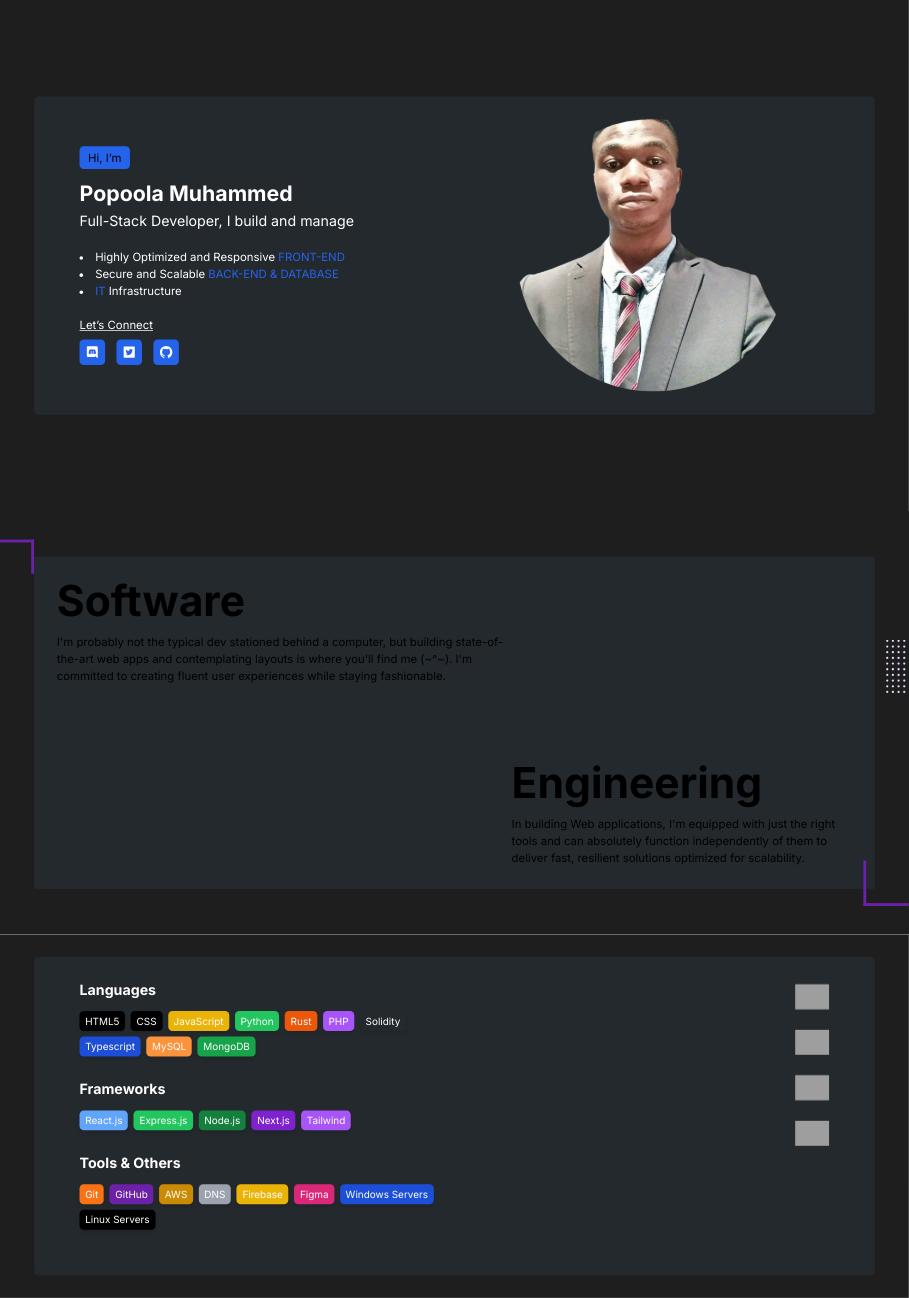
Repository: muhammedctgr/hammedctgr
Page: /
These files come from the project's save history. The page is drawn as it stood at one moment and after a run of saves; the edit follows.
The browser window is 1280 px wide. The pictures show the whole page, at 71% of full size.
Pictures or frames that could not be fetched are drawn as grey boxes. The project was rebuilt for these pictures with package versions that can differ from the ones it lists, and the page was loaded fresh each time. The framework's server and built-in components were replaced by stand-ins that run in the browser. Also part of the build but not shown: next.config.mjs.

Above is the page before, as saved 2024-08-04 22:55:16.

### app/layout.tsx
import type { Metadata } from "next";
import { Inter } from "next/font/google";
import "./globals.css";

const inter = Inter({ subsets: ["latin"] });

export const metadata: Metadata = {
  title: "Popoola Muhammed",
  description: "Generated by create next app",
};

export default function RootLayout({
  children,
}: Readonly<{
  children: React.ReactNode;
}>) {
  return (
    <html lang="en">
      <body className={inter.className}>{children}</body>
    </html>
  );
}

### app/page.tsx
import Head from 'next/head';
import Hero from '../components/Hero';
import SkillsSection from '@/components/SkillsSection';
import SummarySection from '@/components/SummarySection';


const Home = () => (
  <div>
    <Head>
      <title>Popoola Muhammed</title>
      <meta name="description" content="Welcome to my developer portfolio" />
    </Head>

    <Hero />
    <SummarySection />
    <SkillsSection />

  </div>
);

export default Home;

### app/globals.css
@tailwind base;
@tailwind components;
@tailwind utilities;

:root {
  --foreground-rgb: 0, 0, 0;
  --background-start-rgb: 214, 219, 220;
  --background-end-rgb: 255, 255, 255;
}

@media (prefers-color-scheme: dark) {
  :root {
    --foreground-rgb: 255, 255, 255;
    --background-start-rgb: 0, 0, 0;
    --background-end-rgb: 0, 0, 0;
  }
}

body {
  color: rgb(var(--foreground-rgb));
  background: linear-gradient(
      to bottom,
      transparent,
      rgb(var(--background-end-rgb))
    )
    rgb(var(--background-start-rgb));
}

@layer utilities {
  .text-balance {
    text-wrap: balance;
  }
}


@keyframes upDown {
  0%, 100% {
    transform: translateY(0);
  }
  50% {
    transform: translateY(-10px); /* Adjust the value as needed */
  }
}

.animate-upDown {
  animation: upDown 2s infinite ease-in-out; /* Adjust duration as needed */
}

### components/Hero.tsx
import Image from 'next/image';
import profilePic from '../public/profile.png';
import { AiFillDiscord, AiFillGithub, AiFillTwitterSquare, AiFillX } from 'react-icons/ai';

const Hero = () => {
  return (
    <section className="bg-gptGray px-4 py-8 md:px-8 lg:px-12 text-white min-h-screen flex items-center">
  <div className="container bg-githubGray rounded-md mx-auto flex flex-col md:flex-row items-center md:px-8">
    <div className="flex-1 text-left p-4 md:p-8">
      <div className="inline-block bg-blue-600 text-black py-1 px-3 mb-4 rounded-md">
        Hi, I’m
      </div>
      <div className="mb-6">
        <h1 className="text-xl md:text-3xl font-bold">Popoola Muhammed</h1>
        <p className="mt-2 text-lg md:text-xl">Full-Stack Developer, I build and manage</p>
      </div>
      <ul className="mt-4 list-disc list-inside">
        <li>Highly Optimized and Responsive <span className="text-blue-600">FRONT-END</span></li>
        <li>Secure and Scalable <span className="text-blue-600">BACK-END & DATABASE</span></li>
        <li><span className="text-blue-600">IT</span> Infrastructure</li>
      </ul>
      <div className="mt-6">
        <a href="#contact" className="underline">Let’s Connect</a>
        <div className="mt-2 flex justify-start space-x-4">
          <a href="#" className="bg-blue-600 p-2 rounded-md">
            <AiFillDiscord size={20} />
          </a>
          <a href="#" className="bg-blue-600 p-2 rounded-md">
            <AiFillTwitterSquare size={20} />
          </a>
          <a href="#" className="bg-blue-600 p-2 rounded-md">
            <AiFillGithub size={20} />
          </a>
        </div>
      </div>
    </div>
    <div className="flex-1 p-4 md:p-8">
      <div className="relative w-40 h-40 md:w-72 md:h-72 lg:w-96 lg:h-96 mx-auto">
        <Image src={profilePic} alt="Popoola Muhammed" layout="fill" className="rounded-full object-cover animate-upDown" />
      </div>
    </div>
  </div>
</section>
  );
};

export default Hero;

### components/SkillsSection.tsx
import Image from 'next/image';
import { FC } from 'react';

interface SkillCategory {
  title: string;
  skills: { name: string; color: string; }[];
}

const skills: SkillCategory[] = [
  {
    title: "Languages",
    skills: [
      { name: "HTML5", color: "bg-black" },
      { name: "CSS", color: "bg-black"},
      { name: "JavaScript", color: "bg-yellow-500" },
      { name: "Python", color: "bg-green-500" },
      { name: "Rust", color: "bg-orange-600" },
      { name: "PHP", color: "bg-purple-500" },
      { name: "Solidity", color: "bg-black-500" },
      { name: "Typescript", color: "bg-blue-700" },
      { name: "MySQL", color: "bg-orange-400" },
      { name: "MongoDB", color: "bg-green-600" },
    ],
  },
  {
    title: "Frameworks",
    skills: [
      { name: "React.js", color: "bg-blue-400" },
      { name: "Express.js", color: "bg-green-500" },
      { name: "Node.js", color: "bg-green-700" },
      { name: "Next.js", color: "bg-purple-700" },
      { name: "Tailwind", color: "bg-purple-500" },
    ],
  },
  {
    title: "Tools & Others",
    skills: [
      { name: "Git", color: "bg-orange-500" },
      { name: "GitHub", color: "bg-purple-800" },
      { name: "AWS", color: "bg-yellow-600" },
      { name: "DNS", color: "bg-gray-400" },
      { name: "Firebase", color: "bg-yellow-500" },
      { name: "Figma", color: "bg-pink-600" },
      { name: "Windows Servers", color: "bg-blue-700" },
      { name: "Linux Servers", color: "bg-black" },
    ],
  },
];

const icons = [
  "/icons/html5.svg", // Replace with your icon paths
  "/icons/css3.svg",
  "/icons/javascript.svg",
  "/icons/python.svg",
  // Add the rest of the icons as needed
];

const SkillsSection: FC = () => {
  return (
    <section className="px-4 py-8 md:px-8 lg:px-12 bg-gptGray text-white">
  <div className="container bg-githubGray rounded-md mx-auto flex flex-col md:flex-row items-start md:px-8">
    <div className="flex-1 p-4 md:p-8">
      {skills.map((category) => (
        <div key={category.title} className="mb-8">
          <h2 className="text-lg md:text-xl font-bold mb-4">{category.title}</h2>
          <div className="flex flex-wrap gap-2">
            {category.skills.map((skill) => (
              <span
                key={skill.name}
                className={`px-2 py-1 rounded-md text-sm ${skill.color} shadow-md`}
              >
                {skill.name}
              </span>
            ))}
          </div>
        </div>
      ))}
    </div>
    <div className="flex-1 flex flex-col items-center md:items-end">
      <div className="grid grid-cols-3 md:grid-cols-1 gap-4 p-4 md:p-8">
        {icons.map((src, index) => (
          <div key={index} className="w-10 h-10 md:w-12 md:h-12 relative">
            <Image src={src} alt={`icon-${index}`} layout="fill" objectFit="contain" />
          </div>
        ))}
      </div>
    </div>
  </div>
</section>
  );
};

export default SkillsSection;

### components/SummarySection.tsx
import { FC } from 'react';

const SummarySection: FC = () => {
  return (
<section className="px-4 py-16 md:px-8 lg:px-12 bg-gptGray relative overflow-hidden">
  <div className="container bg-githubGray mx-auto flex flex-col md:flex-row justify-between items-start md:px-8 p-4 md:p-8">
    <div className=" mb-8 md:mb-8">
      <div className="mb-4">
        <span className="text-4xl md:text-6xl font-bold">Software</span>
      </div>
      <p className="text-sm md:text-base">
        I'm probably not the typical dev stationed behind a computer, but building state-of-the-art web apps and contemplating layouts is where you'll find me (~^~). I'm committed to creating fluent user experiences while staying fashionable.
      </p>
    </div>
    <div className=" md:mt-64">
      <div className="mb-4">
        <span className="text-4xl md:text-6xl font-bold">Engineering</span>
      </div>
      <p className="text-sm md:text-base">
        In building Web applications, I'm equipped with just the right tools and can absolutely function independently of them to deliver fast, resilient solutions optimized for scalability.
      </p>
    </div>
  </div>

  {/* Decorative Elements */}
  <div className="absolute top-10 left-0 w-8 h-8 md:w-12 md:h-12 border-t-4 border-r-4 border-purple-800"></div>
  <div className="absolute bottom-10 right-0 w-12 h-12 md:w-16 md:h-16 border-b-4 border-l-4 border-purple-800"></div>
  <div className="absolute top-1/4 right-0 transform translate-x-4 translate-y-4 md:translate-x-12 md:translate-y-8">
    <svg className="fill-current text-purple-200" width="80" height="80" viewBox="0 0 100 100">
      {/* SVG circles */}
      {[...Array(10)].map((_, row) => (
        <g key={row} transform={`translate(0, ${row * 10})`}>
          {[...Array(10)].map((_, col) => (
            <circle key={col} cx={col * 10 + 2} cy="2" r="2" />
          ))}
        </g>
      ))}
    </svg>
  </div>
</section>
  );
};

export default SummarySection;

### tailwind.config.ts
import type { Config } from "tailwindcss";

const config: Config = {
  content: [
    "./pages/**/*.{js,ts,jsx,tsx,mdx}",
    "./components/**/*.{js,ts,jsx,tsx,mdx}",
    "./app/**/*.{js,ts,jsx,tsx,mdx}",
  ],
  theme: {
    extend: {
      backgroundImage: {
        "gradient-radial": "radial-gradient(var(--tw-gradient-stops))",
        "gradient-conic":
          "conic-gradient(from 180deg at 50% 50%, var(--tw-gradient-stops))",
      },
      colors: {
        githubGray: '#24292e',
        gptGray: '#1e1e1e' // Define the exact color
      },
    },
  },
  plugins: [],
};
export default config;

After the next 2 saves:
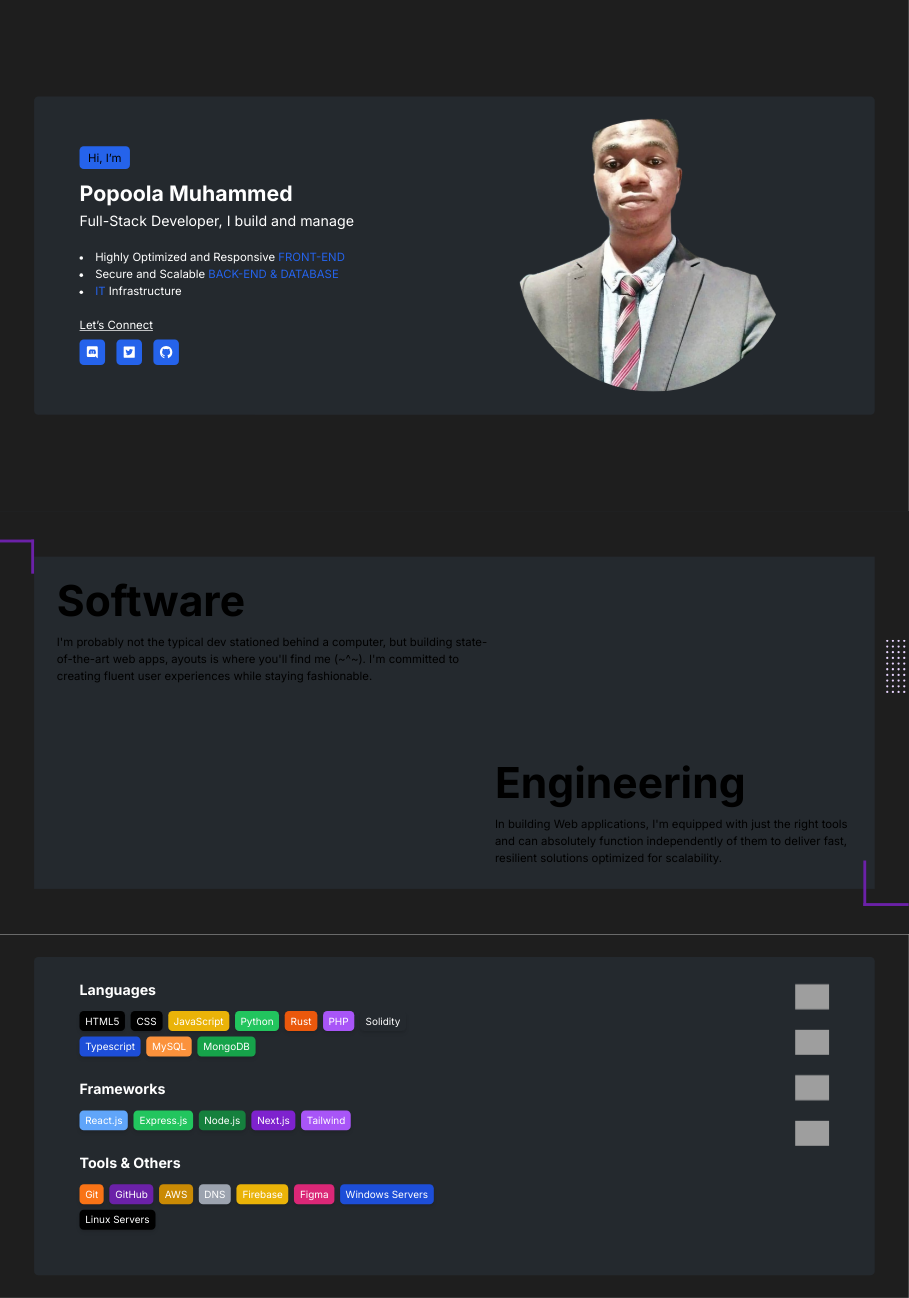
The 2 saves are shown as one change because they came seconds apart.
The last was saved 19 s later.
--- a/components/SummarySection.tsx
+++ b/components/SummarySection.tsx
@@ -9,7 +9,7 @@ const SummarySection: FC = () => {
         <span className="text-4xl md:text-6xl font-bold">Software</span>
       </div>
       <p className="text-sm md:text-base">
-        I'm probably not the typical dev stationed behind a computer, but building state-of-the-art web apps and contemplating layouts is where you'll find me (~^~). I'm committed to creating fluent user experiences while staying fashionable.
+        I'm probably not the typical dev stationed behind a computer, but building state-of-the-art web apps, ayouts is where you'll find me (~^~). I'm committed to creating fluent user experiences while staying fashionable.
       </p>
     </div>
     <div className=" md:mt-64">
